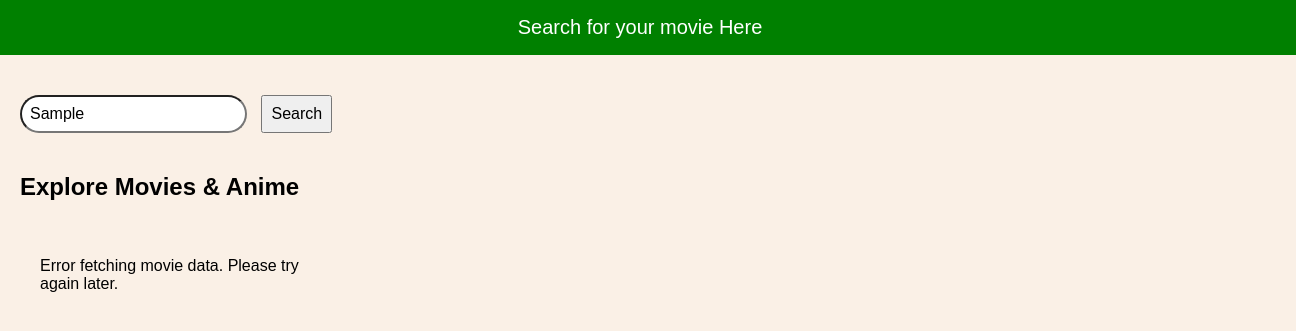
Repository: Femi007-gh/movie-API
Page: index.html
The author's editor kept a copy of each file at every save. The page is drawn from the files as they stood at one save, then again after the next save.
The browser window is 1280 px wide. The page is 1296 px wide, so the pictures cover 1296 px, including what lies to the right of the window. The pictures show the whole page.
Empty fields were first filled with sample values (such as "Sample", 5 or name@example.com).
After loading, the first visible `button` was clicked once.
The page's requests for data from a server got no answer.

Above is the page before, as saved 2025-05-09 08:44:18.

### index.html
<html>
  <head>
    <title>Movie Search</title>
    <link rel="stylesheet" href="style.css">
  </head>
  <body>
    <header>Search for your movie Here</header>
    <main>
      <input type="text" id="searchInput" placeholder="Search for a movie...">
      <button>Search</button>

      <div id="SearchResult"></div> <!-- Where searched result shows -->
      <h2 style="margin-top: 40px;">Explore Movies & Anime</h2>
      <div id="MoviesGrid" class="grid-container"></div> <!-- Posters go here -->
    </main>
    <script src="script.js"></script>
  </body>
</html>

### style.css
body {
  font-family: Arial, Helvetica, sans-serif;
  margin: 0;
  padding: 0;
  display: flex;
  flex-direction: column;
  align-items: center;
  background-color: linen;
}

header {
  width: 100%;
  background-color: green;
  color: #fff;
  padding: 1rem;
  text-align: center;
  font-size: 20px;
}

input {
  padding: 0.5rem;
  font-size: 1rem;
  border-radius: 20px;
  margin-top: 40px;
}

button {
  padding: 0.5rem;
  font-size: 1rem;
  cursor: pointer;
  margin-left: 10px;
}

#MoviesGrid {
  display: grid;
  grid-template-columns: repeat(4, 1fr);
  gap: 20px;
  padding: 20px;
  max-width: 1200px;
}

.grid-container img {
  width: 100%;
  border-radius: 10px;
  transition: transform 0.3s;
}

.grid-container img:hover {
  transform: scale(1.05);
}

#SearchResult {
  margin-top: 40px;
  text-align: center;
}

### script.js
const searchInput = document.getElementById('searchInput');
const searchButton = document.querySelector('button');
const moviesGrid = document.getElementById('MoviesGrid');

searchButton.onclick = function () {
  const movieName = searchInput.value.trim();

  if (movieName === '') {
    moviesGrid.innerHTML = '<p>Please enter a movie name.</p>';
    return;
  }

  // Use your OMDb API key (you received it via email)
  fetch(`https://www.omdbapi.com/?apikey=c915027&t=${movieName}`)
    .then(response => response.json())
    .then(data => {
      if (data.Response === "True") {
        moviesGrid.innerHTML = `
          <h2>${data.Title} (${data.Year})</h2>
          <img src="${data.Poster}" alt="${data.Title}" style="max-width: 200px; border-radius: 10px;">
          <p><strong>Genre:</strong> ${data.Genre}</p>
          <p><strong>Actors:</strong> ${data.Actors}</p>
          <p><strong>Plot:</strong> ${data.Plot}</p>
        `;
      } else {
        moviesGrid.innerHTML = `<p>Movie not found. Try another title.</p>`;
      }
    })
    .catch(error => {
      moviesGrid.innerHTML = `<p>Error fetching movie data. Please try again later.</p>`;
      console.error('Error:', error);
    });
};

After the next save:
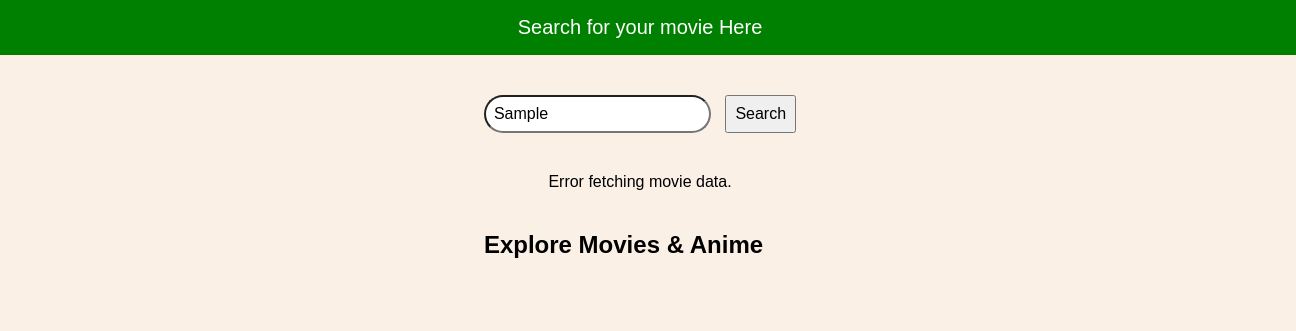
Saved 24 s later.
--- a/script.js
+++ b/script.js
@@ -1,21 +1,46 @@
-const searchInput = document.getElementById('searchInput');
-const searchButton = document.querySelector('button');
-const moviesGrid = document.getElementById('MoviesGrid');
+const movieTitles = [
+  "Inception", "The Dark Knight", "The Avengers", "Titanic",
+  "The Matrix", "Frozen", "Avatar", "Toy Story",
+  "Black Panther", "Joker", "Naruto", "Bleach",
+  "One Piece", "Your Name", "Spirited Away", "Attack on Titan",
+  "Death Note", "My Hero Academia", "Demon Slayer", "Dragon Ball Z"
+];
 
+const moviesGrid = document.getElementById("MoviesGrid");
+const searchInput = document.getElementById("searchInput");
+const searchButton = document.querySelector("button");
+const searchResult = document.getElementById("SearchResult");
+
+const apiKey = "c915027";
+
+// Load all 20 posters on page load
+movieTitles.forEach(title => {
+  fetch(`https://www.omdbapi.com/?apikey=${apiKey}&t=${encodeURIComponent(title)}`)
+    .then(res => res.json())
+    .then(data => {
+      if (data.Response === "True") {
+        const img = document.createElement("img");
+        img.src = data.Poster;
+        img.alt = data.Title;
+        moviesGrid.appendChild(img);
+      }
+    });
+});
+
+// Search button functionality
 searchButton.onclick = function () {
   const movieName = searchInput.value.trim();
 
   if (movieName === '') {
-    moviesGrid.innerHTML = '<p>Please enter a movie name.</p>';
+    searchResult.innerHTML = '<p>Please enter a movie name.</p>';
     return;
   }
 
-  // Use your OMDb API key (you received it via email)
-  fetch(`https://www.omdbapi.com/?apikey=c915027&t=${movieName}`)
+  fetch(`https://www.omdbapi.com/?apikey=${apiKey}&t=${encodeURIComponent(movieName)}`)
     .then(response => response.json())
     .then(data => {
       if (data.Response === "True") {
-        moviesGrid.innerHTML = `
+        searchResult.innerHTML = `
           <h2>${data.Title} (${data.Year})</h2>
           <img src="${data.Poster}" alt="${data.Title}" style="max-width: 200px; border-radius: 10px;">
           <p><strong>Genre:</strong> ${data.Genre}</p>
@@ -23,11 +48,11 @@ searchButton.onclick = function () {
           <p><strong>Plot:</strong> ${data.Plot}</p>
         `;
       } else {
-        moviesGrid.innerHTML = `<p>Movie not found. Try another title.</p>`;
+        searchResult.innerHTML = `<p>Movie not found. Try another title.</p>`;
       }
     })
     .catch(error => {
-      moviesGrid.innerHTML = `<p>Error fetching movie data. Please try again later.</p>`;
+      searchResult.innerHTML = `<p>Error fetching movie data.</p>`;
       console.error('Error:', error);
     });
 };
